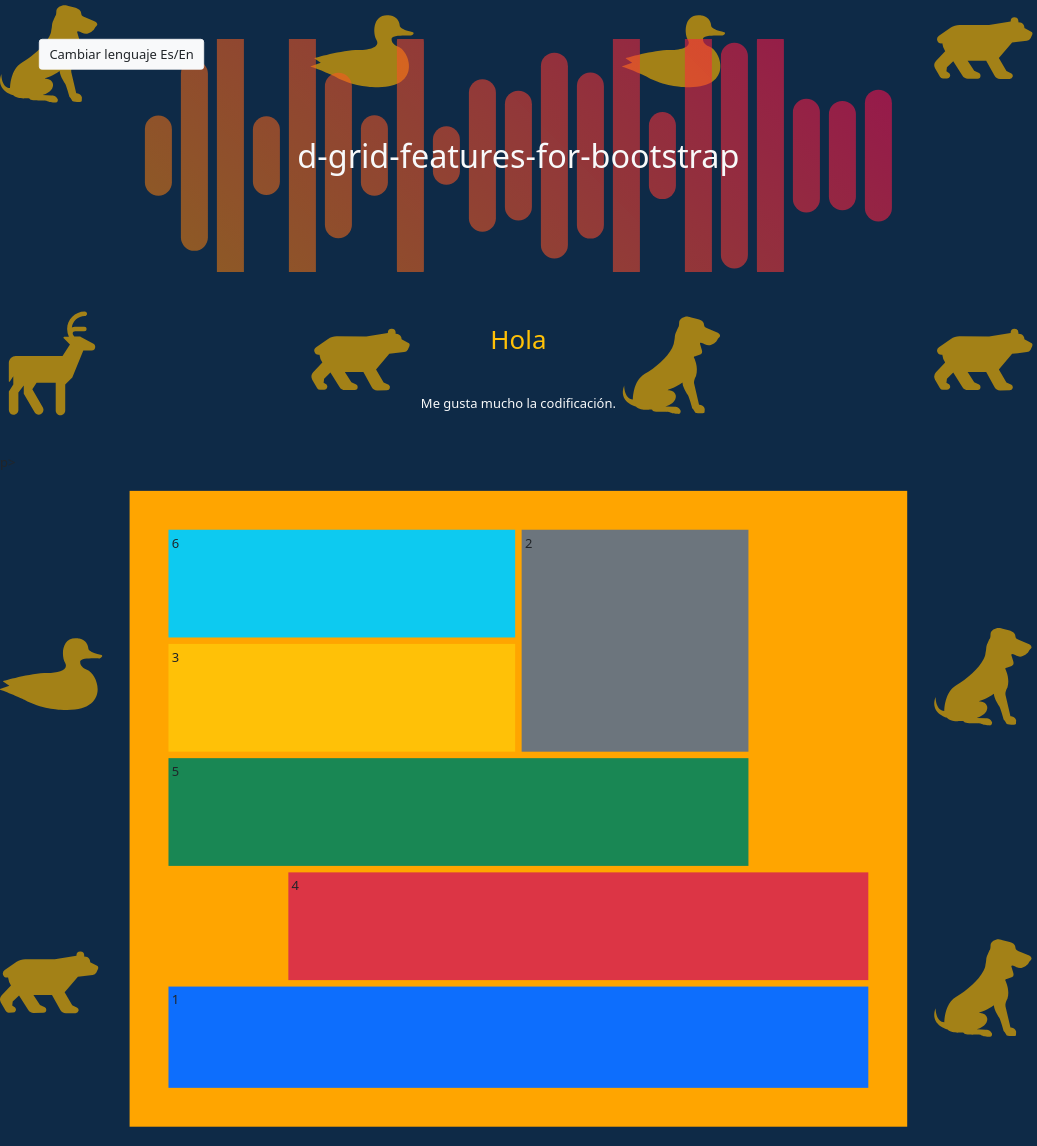
Repository: LynxPardelle/d-grid-features-for-bootstrap
Page: index.html
These files come from the project's save history. The page is drawn as it stood at one moment and after the next save; the edit follows.
The browser window is 1280 px wide. The pictures show the whole page, at 81% of full size.

Above is the page before, as saved 2021-10-20 23:51:48.

### index.html
<!DOCTYPE html>
<html lang="es">
  <head>
    <meta charset="UTF-8" />
    <meta http-equiv="X-UA-Compatible" content="IE=edge" />
    <meta name="viewport" content="width=device-width, initial-scale=1.0" />
    <meta name="author" content="Lynx Pardelle" />
    <title>d-grid-features-for-bootstrap</title>
    <link
      href="https://cdn.jsdelivr.net/npm/bootstrap@5.1.3/dist/css/bootstrap.min.css"
      rel="stylesheet"
      integrity="sha384-1BmE4kWBq78iYhFldvKuhfTAU6auU8tT94WrHftjDbrCEXSU1oBoqyl2QvZ6jIW3"
      crossorigin="anonymous"
    />
    <style>
      body {
        background-image: url("data:[embedded picture, 9376 characters]");
        background-size: cover;
        background-repeat: repeat;
        background-position: left top;
      }

      h1 {
        background-image: url("data:[embedded picture, 2297 characters]");
        background-size: cover;
        background-repeat: no-repeat;
        background-position: center center;
        padding: 7.5rem;
      }
    </style>
  </head>
  <body>
    <!-- Change Languaje -->
    <button id="switch-lang" onclick="SwitchLang()" class="d-block btn btn-light text-dark position-absolute top-0 mt-5 ms-5">
      <span data-lang="en">
        Switch Language Es/En
      </span>
      <span data-lang="es">
        Cambiar lenguaje Es/En
      </span>
    </button>

    <h1 class="text-center text-light my-5">d-grid-features-for-bootstrap</h1>

    <h2 class="text-center text-light p-3 m-3">
      <span data-lang="en" class="text-warning">Hello</span>
      <span data-lang="es" class="text-warning">Hola</span>
    </h2>

    <div class="text-center text-light p-3 m-3">
      <p data-lang="en">I really enjoy coding.</p>
      <p data-lang="es">Me gusta mucho la codificación.</p>
    </div>p>
    </div>

    <!-- <section class="d-grid bg-dark" data-gfbs data-gfbs-gtc="repeat(4, 1fr)" data-gfbs-gtr="repeat(2, 50px)" > -->
    <!-- <section class="d-grid bg-dark" data-gfbs data-gfbs-gta='"f f b c c a"" f f d e e a"'> -->
    <section
      class="d-grid w-75 mx-auto my-4"
      data-gfbs
      data-gfbs-custom="background-color: black; padding: 1rem;"
      data-gfbs-custom-sm="background-color: pink; padding: 2rem;"
      data-gfbs-custom-md="background-color: orange; padding: 3rem;"
      data-gfbs-gt='
      [row1-start] "a a b ." 12.5px [row1-end]
      [row2-start] "a a b ." 12.5px [row2-end]
      [row3-start] "c c b d" 12.5px [row3-end]
      [row4-start] "c c b d" 12.5px [row4-end]
      [row5-start] "e e e d" 12.5px [row5-end]
      [row6-start] "e e e d" 12.5px [row6-end]
      [row7-start] ". f f f" 12.5px [row7-end]
      [row8-start] ". f f f" 12.5px [row8-end]
      [row9-start] "g g g g" 25px [row9-end]
      / 2fr 1fr 1fr 3fr'
      data-gfbs-gt-sm='
      [row1-start] "a b b ." 25px [row1-end]
      [row2-start] "a b b ." 25px [row2-end]
      [row3-start] "c c c ." 25px [row3-end]
      [row4-start] "c c c ." 25px [row4-end]
      [row5-start] "e e d d" 25px [row5-end]
      [row6-start] "e e d d" 25px [row6-end]
      [row7-start] ". f f ." 25px [row7-end]
      [row8-start] ". f f ." 25px [row8-end]
      [row9-start] "g g g g" 50px [row9-end]
      / 1fr 2fr 2fr 1fr'
      data-gfbs-gt-md='
      [row1-start] "a a a b" 37.5px [row1-end]
      [row2-start] "a a a b" 37.5px [row2-end]
      [row3-start] "c c d d" 37.5px [row3-end]
      [row4-start] "c c d d" 37.5px [row4-end]
      [row5-start] "e e d d" 37.5px [row5-end]
      [row6-start] "e e d d" 37.5px [row6-end]
      [row7-start] "f f f f" 37.5px [row7-end]
      [row8-start] "g g g g" 37.5px [row8-end]
      [row9-start] "g g g g" 75px [row9-end]
      / 1fr 2fr 2fr 1fr'
      data-gfbs-gt-lg='
      [row1-start] "a a b ." 50px [row1-end]
      [row2-start] "a a b ." 50px [row2-end]
      [row3-start] "c c b d" 50px [row3-end]
      [row4-start] "c c b d" 50px [row4-end]
      [row5-start] "e e e d" 50px [row5-end]
      [row6-start] "e e e d" 50px [row6-end]
      [row7-start] ". f f f" 50px [row7-end]
      [row8-start] ". f f f" 50px [row8-end]
      [row9-start] "g g g g" 100px [row9-end]
      / 1fr 2fr 2fr 1fr'
      data-gfbs-gt-xl='
      [row1-start] "a a b ." 62.5px [row1-end]
      [row2-start] "a a b ." 62.5px [row2-end]
      [row3-start] "c c b d" 62.5px [row3-end]
      [row4-start] "c c b d" 62.5px [row4-end]
      [row5-start] "e e e d" 62.5px [row5-end]
      [row6-start] "e e e d" 62.5px [row6-end]
      [row7-start] ". f f f" 62.5px [row7-end]
      [row8-start] ". f f f" 62.5px [row8-end]
      [row9-start] "g g g g" 125px [row9-end]
      / 1fr 2fr 2fr 1fr'
      data-gfbs-gt-xxl='
      [row1-start] "a a b ." 87.5px [row1-end]
      [row2-start] "a a b ." 87.5px [row2-end]
      [row3-start] "c c b d" 87.5px [row3-end]
      [row4-start] "c c b d" 87.5px [row4-end]
      [row5-start] "e e e d" 87.5px [row5-end]
      [row6-start] "e e e d" 87.5px [row6-end]
      [row7-start] ". f f f" 87.5px [row7-end]
      [row8-start] ". f f f" 87.5px [row8-end]
      [row9-start] "g g g g" 150px [row9-end]
      / 1fr 2fr 2fr 1fr'
      data-gfbs-gap="0.5rem"
    >
      <!-- data-gfbs-cg="1rem"
      data-gfbs-rg="1rem" -->
      <div
        data-gfbs
        data-gfbs-iga="a"
        data-gfbs-iga-sm="g"
        class="bg-primary p-1"
      >
        1
      </div>

      <div data-gfbs data-gfbs-iga="b" class="bg-secondary p-1">2</div>
      <div data-gfbs data-gfbs-iga="c" class="bg-warning p-1">3</div>
      <div
        data-gfbs
        data-gfbs-iga="d"
        data-gfbs-iga-lg="f"
        class="bg-danger p-1"
      >
        4
      </div>
      <div data-gfbs data-gfbs-iga="e" class="bg-success p-1">5</div>
      <div data-gfbs data-gfbs-iga="f" data-gfbs-iga-md="a" class="bg-info p-1">
        6
      </div>
    </section>

    <script
      src="https://cdn.jsdelivr.net/npm/bootstrap@5.1.3/dist/js/bootstrap.bundle.min.js"
      integrity="sha384-ka7Sk0Gln4gmtz2MlQnikT1wXgYsOg+OMhuP+IlRH9sENBO0LRn5q+8nbTov4+1p"
      crossorigin="anonymous"
    ></script>
    <script src="./d-grid.js"></script>
    <script src="./langChanger.js"></script>
  </body>
</html>

### d-grid.js
"use strict";

function gridCreate(){
  let wWidth = window.innerWidth;
  let gridElements = document.querySelectorAll("[data-gfbs]");

  function checkIfHasBP(gridElement, atr) {
    let hasIt = false;
    for (let attribute of gridElement.attributes) {
      let at = attribute.localName;
      if (at.includes(atr)) {
        switch (true) {
          case at.includes("-sm") && wWidth >= 576 && wWidth < 768:
            hasIt = true;
            break;
          case at.includes("-md") && wWidth >= 768 && wWidth < 992:
            hasIt = true;
            break;
          case at.includes("-lg") && wWidth >= 992 && wWidth < 1200:
            hasIt = true;
            break;
          case at.includes("-xl") && wWidth >= 1200 && wWidth < 1400:
            hasIt = true;
            break;
          case at.includes("-xxl") && wWidth >= 1400:
            hasIt = true;
            break;
        }
      }
    }

    return hasIt;
  }

  for (let gridElement of gridElements) {
    for (let attribute of gridElement.attributes) {
      let at = attribute.localName;
      let attValue = attribute.value;

      if (
        at.includes("gfbs-") &&
        ((!at.includes("-sm") &&
          !at.includes("-md") &&
          !at.includes("-lg") &&
          !at.includes("-xl") &&
          !at.includes("-xxl") &&
          !checkIfHasBP(gridElement, at)) ||
          (at.includes("-sm") &&
            wWidth >= 576 &&
            (!at.includes("-md") || (at.includes("-md") && wWidth < 768)) &&
            (!at.includes("-lg") || (at.includes("-lg") && wWidth < 992)) &&
            (!at.includes("-xl") || (at.includes("-xl") && wWidth < 1200)) &&
            (!at.includes("-xll") || (at.includes("-xxl") && wWidth < 1400))) ||
          (at.includes("-md") &&
            wWidth >= 768 &&
            (!at.includes("-lg") || (at.includes("-lg") && wWidth < 992)) &&
            (!at.includes("-xl") || (at.includes("-xl") && wWidth < 1200)) &&
            (!at.includes("-xll") || (at.includes("-xxl") && wWidth < 1400))) ||
          (at.includes("-lg") &&
            wWidth >= 992 &&
            (!at.includes("-xl") || (at.includes("-xl") && wWidth < 1200)) &&
            (!at.includes("-xll") || (at.includes("-xxl") && wWidth < 1400))) ||
          (at.includes("-xl") &&
            wWidth >= 1200 &&
            (!at.includes("-xll") || (at.includes("-xxl") && wWidth < 1400))) ||
          (at.includes("-xxl") && wWidth >= 1400))
      ) {
        switch (true) {
          /* Container */
          case at.includes("custom"):
            gridElement.style.cssText += attValue;
            break;
          case at.includes("gtc"):
            gridElement.style.gridTemplateColumns = attValue;
            break;
          case at.includes("gtr"):
            gridElement.style.gridTemplateRows = attValue;
            break;
          case at.includes("gta"):
            gridElement.style.gridTemplateAreas = attValue;
            break;
          case at.includes("gt"):
            gridElement.style.gridTemplate = attValue;
            break;
          case at.includes("cg"):
            gridElement.style.columnGap = attValue;
            break;
          case at.includes("rg"):
            gridElement.style.rowGap = attValue;
            break;
          case at.includes("gap"):
            gridElement.style.gap = attValue;
            break;
          case at.includes("ji"):
            gridElement.style.justifyItems = attValue;
            break;
          case at.includes("ai"):
            gridElement.style.alignItems = attValue;
            break;
          case at.includes("pi"):
            gridElement.style.placeItems = attValue;
            break;
          case at.includes("jc"):
            gridElement.style.justifyContent = attValue;
            break;
          case at.includes("ac"):
            gridElement.style.alignContent = attValue;
            break;
          case at.includes("pc"):
            gridElement.style.placeContent = attValue;
            break;
          case at.includes("gac"):
            gridElement.style.gridAutoColumns = attValue;
            break;
          case at.includes("gar"):
            gridElement.style.gridAutoRows = attValue;
            break;
          case at.includes("gaf"):
            gridElement.style.gridAutoFlow = attValue;
            break;
          case at.includes("grid"):
            gridElement.style.grid = attValue;
            break;

          /* Item */
          case at.includes("gcs"):
            gridElement.style.gridColumnStart = attValue;
            break;
          case at.includes("gce"):
            gridElement.style.gridColumnEnd = attValue;
            break;
          case at.includes("gc"):
            gridElement.style.gridColumn = attValue;
            break;
          case at.includes("grs"):
            gridElement.style.gridRowStart = attValue;
            break;
          case at.includes("gre"):
            gridElement.style.gridRowEnd = attValue;
            break;
          case at.includes("gr"):
            gridElement.style.gridRow = attValue;
            break;
          case at.includes("iga"):
            gridElement.style.gridArea = attValue;
            break;
          case at.includes("js"):
            gridElement.style.justifySelf = attValue;
            break;
          case at.includes("as"):
            gridElement.style.alignSelf = attValue;
            break;
          case at.includes("ps"):
            gridElement.style.placeSelf = attValue;
            break;
        }
      }
    }
  }
}

window.onload = gridCreate();
window.addEventListener("resize", gridCreate);

### langChanger.js
let langEs = false;
let langEn = true;

let elementsEs = document.querySelectorAll('[data-lang="es"]');
let elementsEn = document.querySelectorAll('[data-lang="en"]');

for (let element of elementsEn) {
  element.classList.add("d-none");
}

// document.getElementById("switch-lang").addEventListener("click", SwitchLang());
function SwitchLang() {
  langEs = !langEs;
  langEn = !langEn;

  console.log(langEs);
  console.log(langEn);
  switch (true) {
    case langEs === true:
      for (let element of elementsEn) {
        if (!hasClass(element, "d-none")) {
          element.classList.add("d-none");
        }
      }
      for (let element of elementsEs) {
        if (hasClass(element, "d-none")) {
          element.classList.remove("d-none");
        }
      }
      break;
    case langEn === true:
      for (let element of elementsEs) {
        if (!hasClass(element, "d-none")) {
          element.classList.add("d-none");
        }
      }
      for (let element of elementsEn) {
        if (hasClass(element, "d-none")) {
          element.classList.remove("d-none");
        }
      }
      break;
  }
}

function hasClass(element, className) {
  return (" " + element.className + " ").indexOf(" " + className + " ") > -1;
}

After the next save:
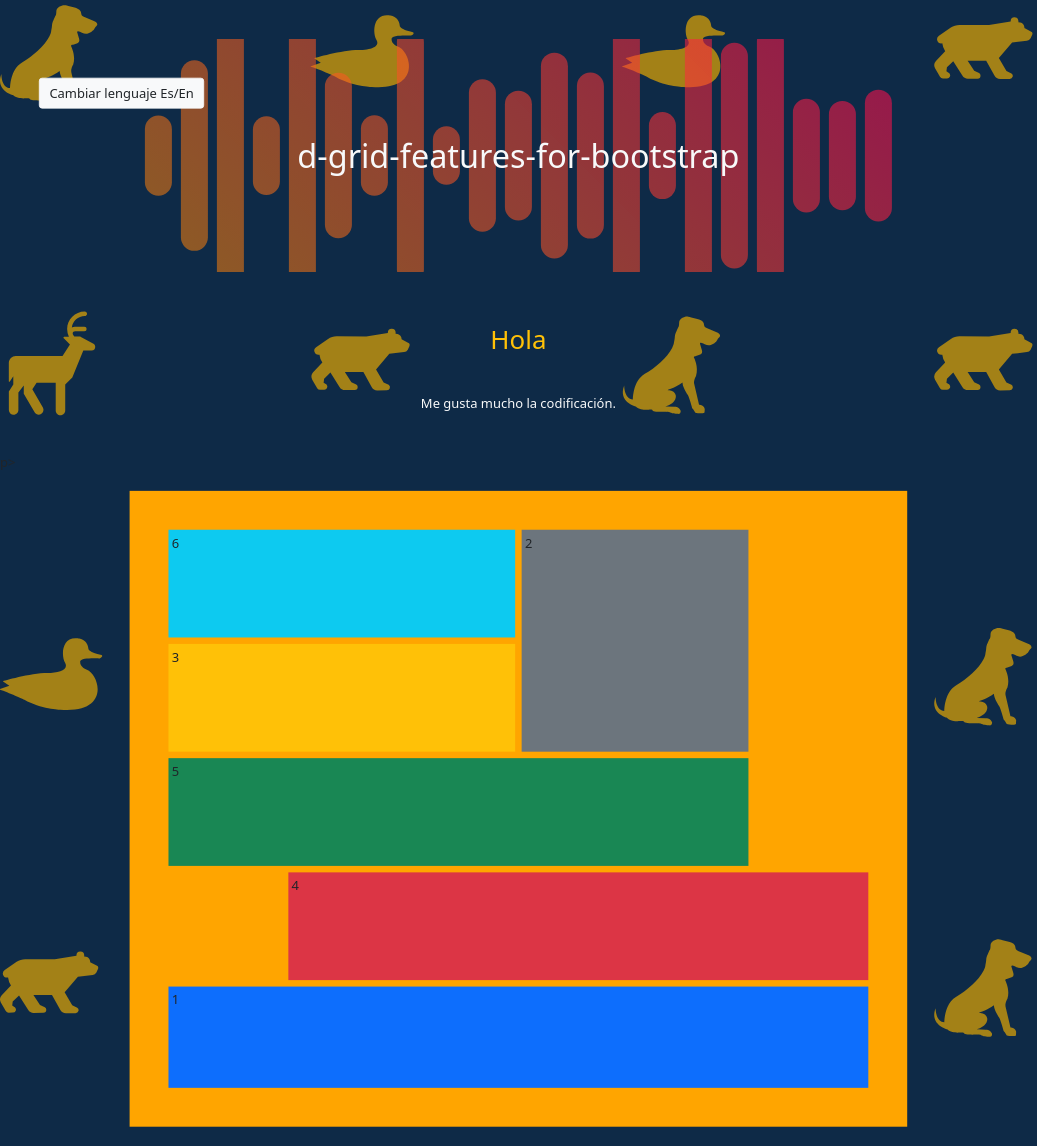
Saved 9 s later.
--- a/index.html
+++ b/index.html
@@ -31,7 +31,7 @@
   </head>
   <body>
     <!-- Change Languaje -->
-    <button id="switch-lang" onclick="SwitchLang()" class="d-block btn btn-light text-dark position-absolute top-0 mt-5 ms-5">
+    <button id="switch-lang" onclick="SwitchLang()" class="d-block btn btn-light text-dark position-absolute mt-5 ms-5 ">
       <span data-lang="en">
         Switch Language Es/En
       </span>
